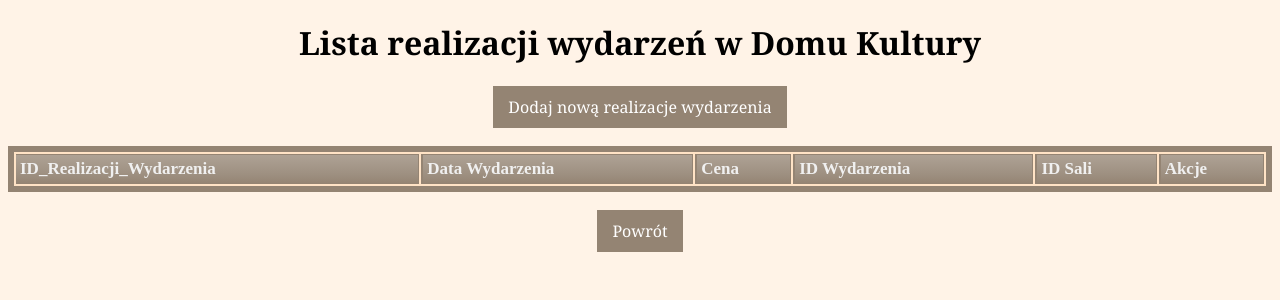
Repository: marcinRuta/houseOfCulture-crud-webapp-database
Page: http://localhost/realizacje_wydarzen
These files come from the project's save history. The page is drawn as it stood at one moment and after the next save; the edit follows.
The browser window is 1280 px wide. The pictures show the whole page.
The page is this project's Thymeleaf template; nobody is signed in. The template is opened directly, without the code that normally fills it, so the values that code supplies are empty.

Above is the page before, as saved 2021-01-11 11:30:44.

After the next save:
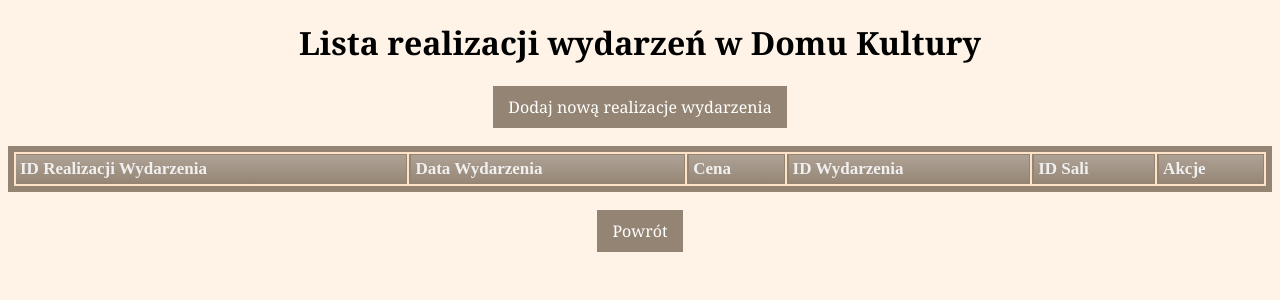
Saved 13 s later.
--- a/DomKultury/src/main/resources/templates/realizacje_wydarzen.html
+++ b/DomKultury/src/main/resources/templates/realizacje_wydarzen.html
@@ -23,7 +23,7 @@
 			<!-- Table header -->
 			<thead>
 				<tr>
-					<th>ID_Realizacji_Wydarzenia</th>
+					<th>ID Realizacji Wydarzenia</th>
 					<th>Data Wydarzenia</th>
 					<th>Cena</th>
 					<th>ID Wydarzenia</th>
